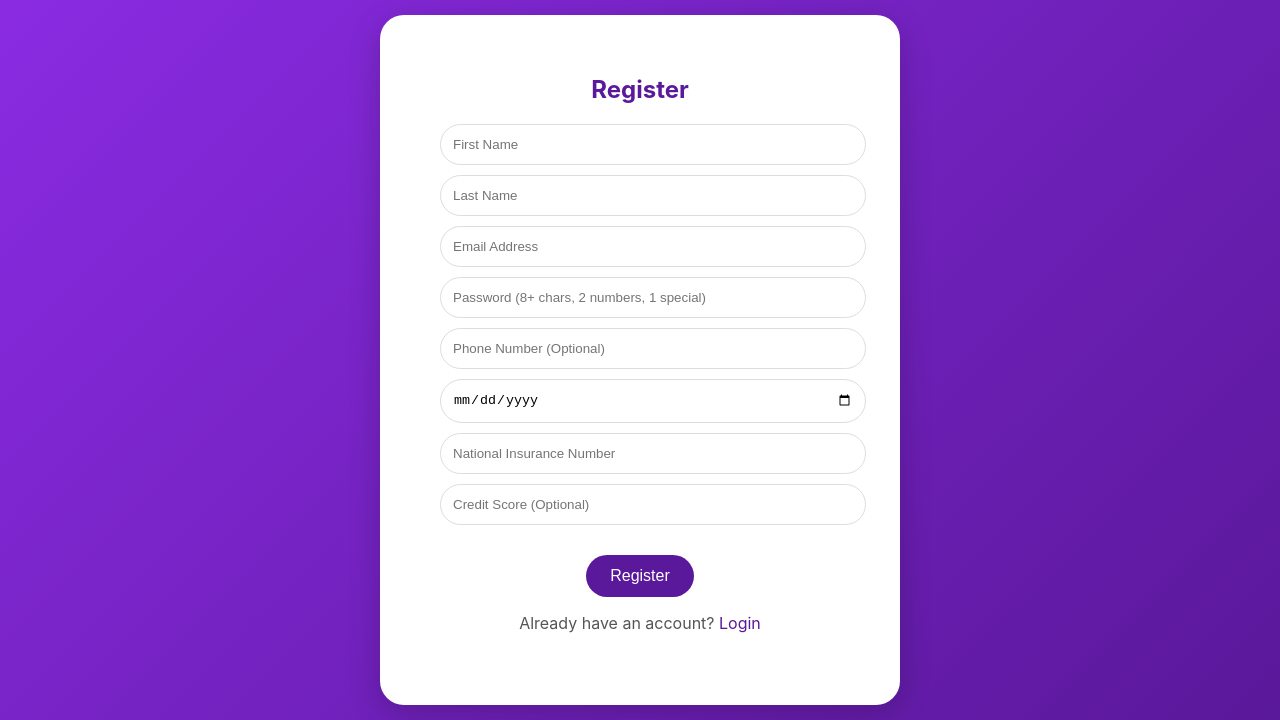
Repository: aab232/https---github.com-aab232-Deferred-Payment-Platform
Page: /register (app in frontend/)
The author's editor kept a copy of each file at every save. The page is drawn from the files as they stood at one save, then again after the next save.
The browser window is 1280 px wide. The pictures show the whole page.
The project was rebuilt for these pictures with package versions that can differ from the ones it lists, and the page was loaded fresh each time. Also part of the build but not shown: frontend/src/components/Home.js, frontend/src/components/Login.js.

Above is the page before, as saved 2025-03-18 00:52:11.

### frontend/src/App.js
import React from 'react';
import { BrowserRouter as Router, Routes, Route } from 'react-router-dom';
import Home from './components/Home';
import Register from './components/Register';
import Login from './components/Login';

const App = () => {
  return (
    <Router>
      <Routes>
        <Route path="/" element={<Home />} />
        <Route path="/login" element={<Login />} />
        <Route path="/register" element={<Register />} />
      </Routes>
    </Router>
  );
};

export default App;

### frontend/src/components/Register.js
import React, { useState } from 'react';
import axios from 'axios';
import { useNavigate } from 'react-router-dom';
import bcrypt from 'bcryptjs'; // Import bcrypt
import './Form.css';

const Register = () => {
  const [formData, setFormData] = useState({
    first_name: '',
    surname: '',
    email: '',
    password: '',
    phone_number: '',
    ni_number: '',
    date_of_birth: '',
    credit_score: '', // New field for credit score
  });

  const navigate = useNavigate();

  // Function to format the date to YYYY-MM-DD
  const formatDateForBackend = (date) => {
    const [day, month, year] = date.split('-'); // Split 'DD-MM-YYYY'
    return `${year}-${month}-${day}`; // Convert to 'YYYY-MM-DD'
  };

  // Capitalize the first letter of first_name and surname
  const capitalize = (str) => str.charAt(0).toUpperCase() + str.slice(1).toLowerCase();

  // Handle input change
  const handleChange = (e) => {
    const { name, value } = e.target;

    // Capitalize first_name and surname when user types
    const updatedValue = (name === 'first_name' || name === 'surname') ? capitalize(value) : value;

    setFormData({ ...formData, [name]: updatedValue });
  };

  // Handle form submission
  const handleSubmit = async (e) => {
    e.preventDefault();

    try {
      // Format the date before sending it to the backend
      const formattedDate = formatDateForBackend(formData.date_of_birth);

      // Hash the password
      const hashedPassword = await bcrypt.hash(formData.password, 10);

      // Create an object to send to the backend
      const dataToSend = {
        ...formData,
        date_of_birth: formattedDate,
        password: hashedPassword, // Send the hashed password
      };

      // Remove the credit score field if it's empty (optional field)
      if (dataToSend.credit_score === '') {
        delete dataToSend.credit_score;
      }

      const response = await axios.post('http://localhost:5000/register', dataToSend);
      alert(response.data.message);
      if (response.data.success) navigate('/login'); // Redirect on successful registration
    } catch (error) {
      console.error('Registration error:', error);
      alert('Registration failed. Please try again.');
    }
  };

  return (
    <div className="container">
      <div className="form-card">
        <h2>Register</h2>
        <form onSubmit={handleSubmit}>
          <input
            type="text"
            name="first_name"
            placeholder="First Name"
            value={formData.first_name}
            onChange={handleChange}
            required
          />
          <input
            type="text"
            name="surname"
            placeholder="Last Name"
            value={formData.surname}
            onChange={handleChange}
            required
          />
          <input
            type="email"
            name="email"
            placeholder="Email Address"
            value={formData.email}
            onChange={handleChange}
            required
          />
          <input
            type="password"
            name="password"
            placeholder="Password (8+ chars, 2 numbers, 1 special)"
            value={formData.password}
            onChange={handleChange}
            required
          />
          <input
            type="text"
            name="phone_number"
            placeholder="Phone Number (Optional)"
            value={formData.phone_number}
            onChange={handleChange}
            maxLength={15}
          />
          <input
            type="date"
            name="date_of_birth"
            placeholder="Date of Birth"
            value={formData.date_of_birth}
            onChange={handleChange}
            required
          />
          <input
            type="text"
            name="ni_number"
            placeholder="National Insurance Number"
            value={formData.ni_number}
            onChange={handleChange}
            required
          />
          <input
            type="number"
            name="credit_score"
            placeholder="Credit Score (Optional)"
            value={formData.credit_score}
            onChange={handleChange}
            min="300"
            max="999"
          />
          <button type="submit" className="btn">Register</button>
        </form>
        <p>Already have an account? <span onClick={() => navigate('/login')} className="link">Login</span></p>
      </div>
    </div>
  );
};

export default Register;

### frontend/src/components/Home.css
/* Centering and styling for Home page */
.container {
    display: flex;
    justify-content: center;
    align-items: center;
    height: 100vh; /* Full viewport height */
    background: linear-gradient(135deg, #8a2be2, #5a189a); /* Elegant gradient */
  }

  .card {
    text-align: center;
    background: #fff;
    padding: 40px 60px;
    border-radius: 24px;
    box-shadow: 0 8px 32px rgba(0, 0, 0, 0.2);
    max-width: 400px;
    width: 100%;
  }

  h1 {
    margin-bottom: 16px;
    font-size: 28px;
    color: #5a189a;
  }

  p {
    margin-bottom: 32px;
    font-size: 16px;
    color: #555;
  }

  .button-group {
    display: flex;
    justify-content: space-between;
  }

  .btn {
    padding: 12px 24px;
    font-size: 16px;
    border: none;
    border-radius: 30px; /* Rounded buttons */
    cursor: pointer;
    transition: background 0.3s ease;
    color: white;
    background: #5a189a;
  }

  .btn:hover {
    background: #8a2be2; /* Button hover effect */
  }

### frontend/src/components/Form.css
/* Form Styling for Login & Register */
.container {
    display: flex;
    justify-content: center;
    align-items: center;
    height: 100vh;
    background: linear-gradient(135deg, #8a2be2, #5a189a);
  }

  .form-card {
    background: white;
    padding: 40px 60px;
    border-radius: 24px;
    box-shadow: 0 8px 32px rgba(0, 0, 0, 0.2);
    max-width: 400px;
    width: 100%;
    text-align: center;
  }

  h2 {
    color: #5a189a;
  }

  input {
    display: block;
    width: 100%;
    margin: 10px 0;
    padding: 12px;
    border: 1px solid #ddd;
    border-radius: 30px; /* Rounded inputs */
  }

  .btn {
    padding: 12px 24px;
    margin-top: 20px;
    border-radius: 30px;
    border: none;
    color: white;
    background: #5a189a;
    cursor: pointer;
  }

  .btn:hover {
    background: #8a2be2;
  }

  .link {
    color: #5a189a;
    cursor: pointer;
  }

Loaded but not shown: frontend/public/index.html (common file); frontend/src/index.js (common file); frontend/src/index.css (common file)

After the next save:
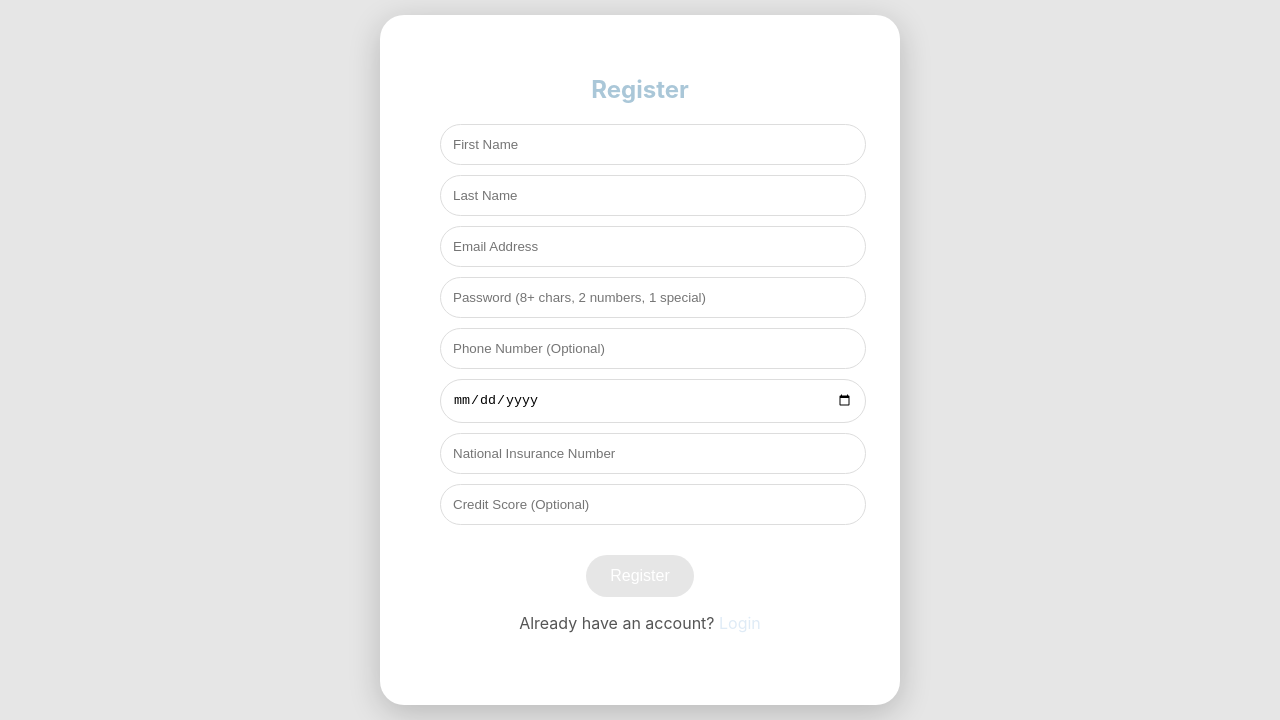
Saved 5 min 30 s later.
--- a/frontend/src/components/Form.css
+++ b/frontend/src/components/Form.css
@@ -4,7 +4,7 @@
     justify-content: center;
     align-items: center;
     height: 100vh;
-    background: linear-gradient(135deg, #8a2be2, #5a189a);
+    background: linear-gradient(135deg, #E6E6E6, #E6E6E6);
   }
 
   .form-card {
@@ -18,7 +18,7 @@
   }
 
   h2 {
-    color: #5a189a;
+    color: #AAC7D8;
   }
 
   input {
@@ -36,15 +36,15 @@
     border-radius: 30px;
     border: none;
     color: white;
-    background: #5a189a;
+    background: #E6E6E6;
     cursor: pointer;
   }
 
   .btn:hover {
-    background: #8a2be2;
+    background: #44576D;
   }
 
   .link {
-    color: #5a189a;
+    color: #DFEBF6;
     cursor: pointer;
   }
